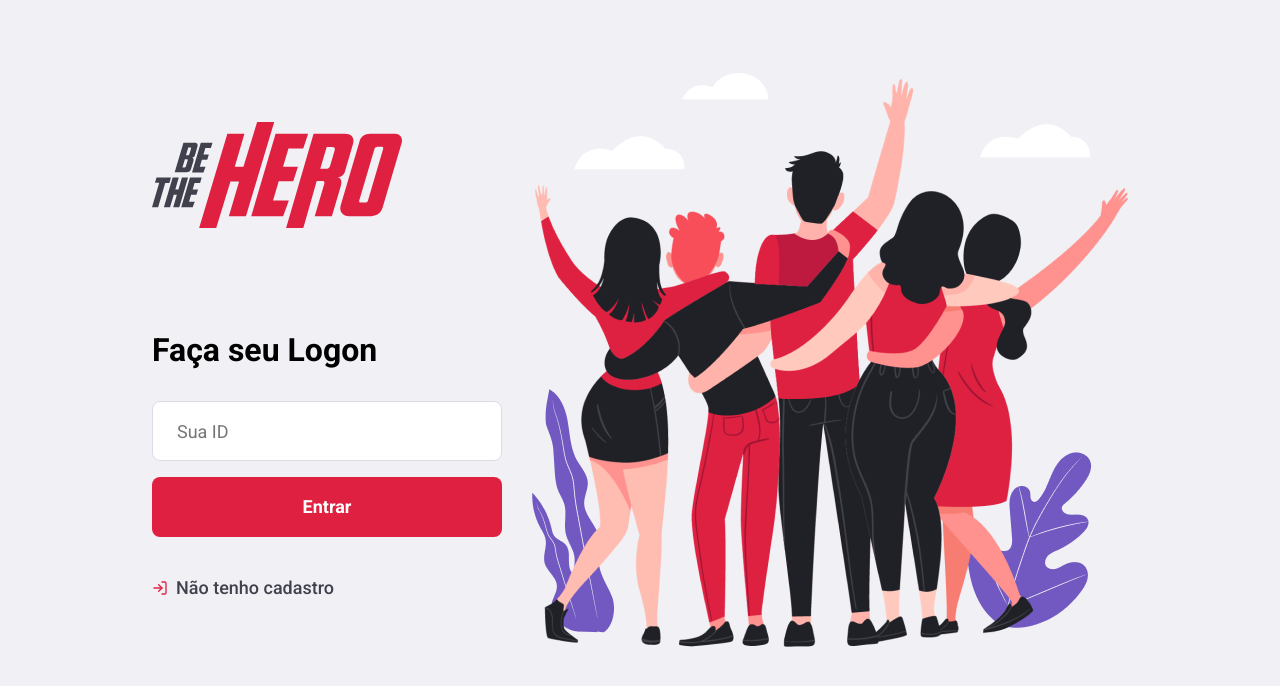
Repository: leandrohv/omnistack11-be-the-hero
Page: / (app in frontend/)
The author's editor kept a copy of each file at every save. The page is drawn from the files as they stood at one save, then again after the next save.
The browser window is 1280 px wide. The pictures show the whole page.
The project was rebuilt for these pictures with package versions that can differ from the ones it lists, and the page was loaded fresh each time. Also part of the build but not shown: frontend/src/pages/Register/styles.css, frontend/src/pages/Register/index.js.

Above is the page before, as saved 2020-03-26 00:53:41.

### frontend/src/App.js
import React from 'react';

import './global.css';

import Routes from './routes';

function App() {
  return (
    <Routes />
  );
}

export default App;

### frontend/src/global.css
@import url('https://fonts.googleapis.com/css?family=Roboto:400,500,700&display=swap');

* {
  margin: 0;
  padding: 0;
  outline: 0;
  box-sizing: border-box;
}

body{
  font: 400 14px Roboto, sans-serif;
  background: #f0f0f5;
  -webkit-font-smoothing: antialiased;
}

input, button, textarea {
  font: 400 18px Roboto, sans-serif;
}

button {
  cursor: pointer;
}

form input {
  width: 100%;
  height: 60px;
  color: #333;
  border: 1px solid #dcdce6;
  border-radius: 8px;
  padding: 0 24px;
}

form textarea {
  width: 100%;
  min-height: 140px;
  resize: vertical;
  color: #333;
  border: 1px solid #dcdce6;
  border-radius: 8px;
  padding: 16px 24px;
  line-height: 24px;
}

.button {
  width: 100%;
  height: 60px;
  background: #e02041;
  border: 0;
  border-radius: 8px;
  color: #fff;
  font-weight: 700;
  margin-top: 16px;
  display: inline-block;
  text-align: center;
  text-decoration: none;
  font-size: 18px;
  line-height: 60px;
  transition: filter 0.2s;
}

.button:hover {
  filter: brightness(90%);
}

.back-link {
  display: flex;
  align-items: center;
  margin-top: 40px;
  color: #41414d;
  font-size: 18px;
  text-decoration: none;
  font-weight: 500;
  transition: opacity 0.2s;
}

.back-link svg {
  margin-right: 8px;
}

.back-link:hover {
  opacity: 0.8;
}

### frontend/src/routes.js
import React from 'react';
import { BrowserRouter, Route, Switch } from 'react-router-dom';

import Logon from './pages/Logon';
import Register from './pages/Register';

export default function Routes() {
    return (
        <BrowserRouter>
            <Switch>
                <Route path="/" exact component={Logon} />
                <Route path="/register" component={Register} />
            </Switch>
        </BrowserRouter>
    );
}

### frontend/src/pages/Logon/index.js
import React, { useState } from 'react';
import { Link, useHistory } from 'react-router-dom';
import { FiLogIn } from 'react-icons/fi';

import './styles.css';

import logoImg from '../../assets/logo.svg';
import heroesImg from '../../assets/heroes.png';

import api from '../../services/api';

export default function Logon() {
  const [id, setId] = useState('');
  const history = useHistory();

  async function handleLogin(e) {
    e.preventDefault();

    try {
      const response = await api.post('sessions', { id });

      localStorage.setItem('ongId', id);
      localStorage.setItem('ongName', response.data.name);

      history.push('/profile');
    } catch (err) {
      alert('Falha no login! Tente novamente.')
    }
  }

  return(
    <div className="logon-container">
      <section className="form">
        <img src={logoImg} alt="Be The Hero"/>

        <form onSubmit={handleLogin}>
          <h1>Faça seu Logon</h1>

          <input
            placeholder="Sua ID"
            value={id}
            onChange={e => setId(e.target.value)}
          />
          <button className="button" type="submit">Entrar</button>

          <Link className="back-link" to="/register">
            <FiLogIn size={16} color="#e02041"/>
            Não tenho cadastro
          </Link>
        </form>
      </section>
      <img src={heroesImg} alt="Heroes"/>
    </div>
  );
}

### frontend/src/pages/Logon/styles.css
.logon-container {
    width: 100%;
    max-width: 1120px;
    height: 100vh;
    margin: 0 auto;

    display: flex;
    align-items: center;
    justify-content: center;
}

.logon-container section.form {
    width: 100%;
    max-width: 350px;
    margin-right: 30px;
}

.logon-container section.form form {
    margin-top: 100px;
}

.logon-container section.form form h1 {
    font-size: 32px;
    margin-bottom: 32px;
}

.logon-container section.form form a {
    display: flex;
    align-items: center;
    margin-top: 40px;
    color: #41414d;
    font-size: 18px;
    text-decoration: none;
    font-weight: 500;
    transition: opacity 0.2s;
}

.logon-container section.form form a svg {
    margin-right: 8px;
}

.logon-container section.form form a:hover {
    opacity: 0.8;
}

Loaded but not shown: frontend/public/index.html (common file); frontend/src/index.js (common file); frontend/src/services/api.js (common file)

After the next save:
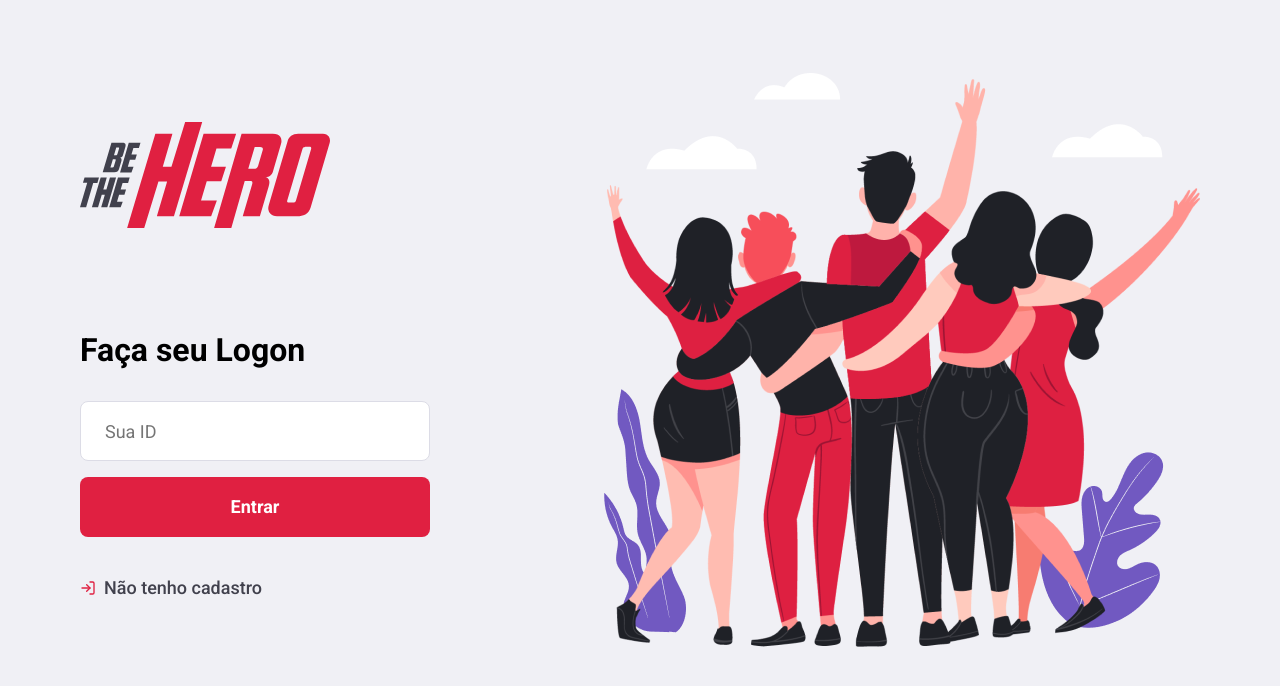
Saved 10 s later.
--- a/frontend/src/pages/Logon/styles.css
+++ b/frontend/src/pages/Logon/styles.css
@@ -6,39 +6,20 @@
 
     display: flex;
     align-items: center;
-    justify-content: center;
-}
+    justify-content: space-between;
+  }
 
-.logon-container section.form {
+  .logon-container section.form {
     width: 100%;
     max-width: 350px;
     margin-right: 30px;
-}
+  }
 
-.logon-container section.form form {
+  .logon-container section.form form {
     margin-top: 100px;
-}
+  }
 
-.logon-container section.form form h1 {
+  .logon-container section.form form h1 {
     font-size: 32px;
     margin-bottom: 32px;
-}
-
-.logon-container section.form form a {
-    display: flex;
-    align-items: center;
-    margin-top: 40px;
-    color: #41414d;
-    font-size: 18px;
-    text-decoration: none;
-    font-weight: 500;
-    transition: opacity 0.2s;
-}
-
-.logon-container section.form form a svg {
-    margin-right: 8px;
-}
-
-.logon-container section.form form a:hover {
-    opacity: 0.8;
-}
+  }
